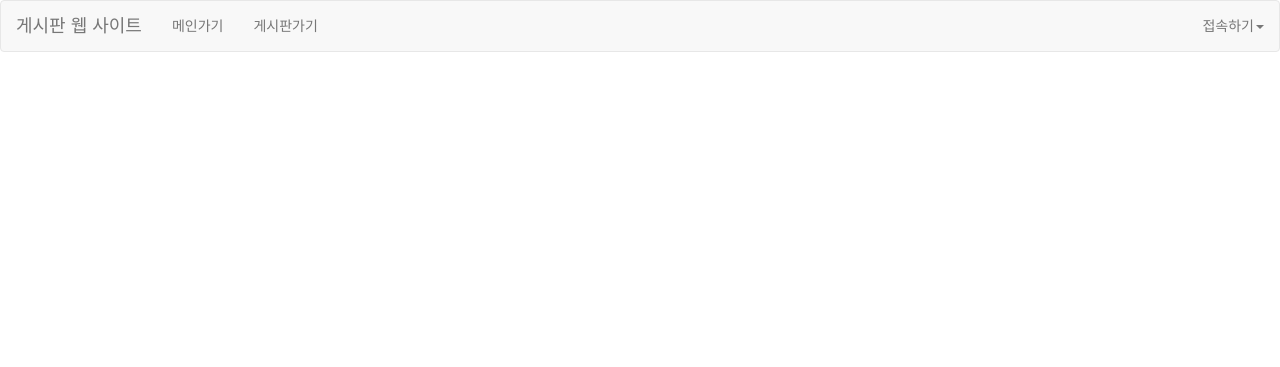
Repository: dbfjd01/save
Page: http://localhost/BBS/login.jsp
The author's editor kept a copy of each file at every save. The page is drawn from the files as they stood at one save, then again after the next save.
The browser window is 1280 px wide. The pictures show the whole page.
Some web libraries are served in a nearby version. The page is served by Tomcat 9.

Above is the page before, as saved 2021-07-02 00:40:52.

After the next save:
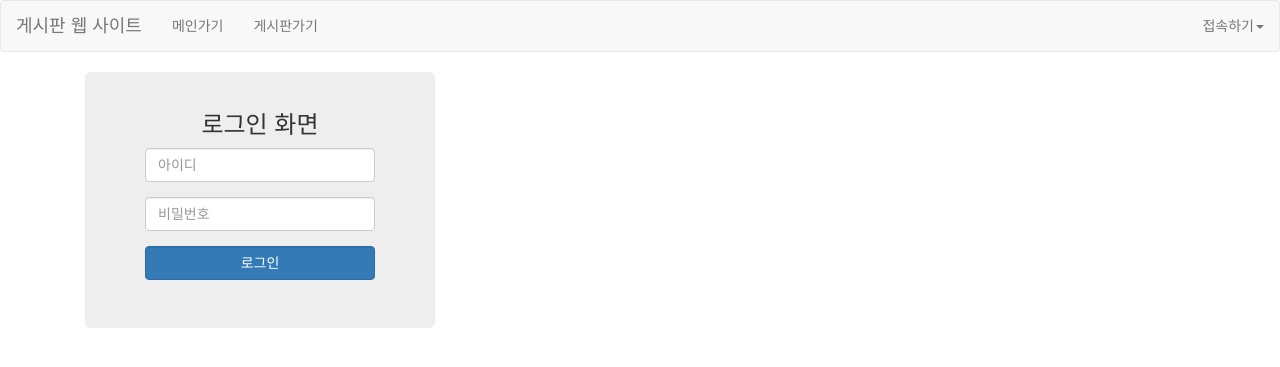
Saved 23 min 39 s later.
--- a/Test/BBS/src/main/webapp/login.jsp
+++ b/Test/BBS/src/main/webapp/login.jsp
@@ -43,6 +43,24 @@
 		</ul>
 	</div>
 </nav>
+<!-- 로그인 화면 -->
+<div class="container">
+	<div class="col-lg-4">
+		<div class="jumbotron" style="padding-top: 20px;">
+			<form method="post" action="loginAction.jsp">
+				<h3 style="text-align: center;">로그인 화면</h3>
+					<div class="form-group">
+						<input type="text" class="form-control" placeholder="아이디" name="userID" maxlength="20">
+					</div>
+					<div class="form-group">
+						<input type="password" class="form-control" placeholder="비밀번호" name="userPassword" maxlength="20">
+					</div>
+						<input type="submit" class="btn btn-primary form-control" value="로그인">
+			</form>
+		</div>
+	</div>
+</div>
+
 <!-- 부트스트랩 참조 -->
 <script src="https://code.jquery.com/jquery-3.1.1.min.js"></script>
 <script src="js/bootstrap.js"></script>
